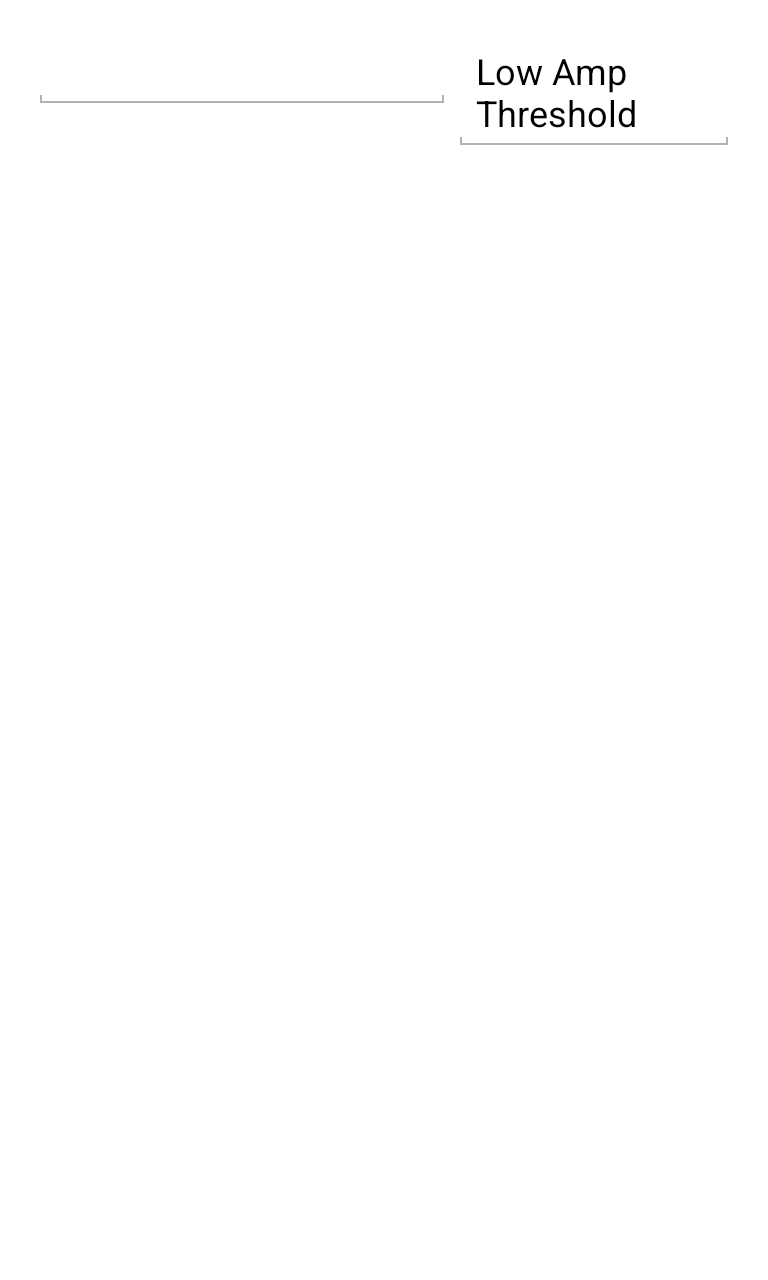
Repository: kmcgain/AutoVolume
Layout: AutoVolume/res/layout/activity_main.xml
These files come from the project's save history. The layout is drawn as it stood at one moment and after the next save; the edit follows.
It is drawn on a 768 x 1280 px phone screen (xhdpi) without system bars, with theme AppTheme; the app's code is not run.

Above is the layout before, as saved 2014-01-13 11:04:20.

After the next save:
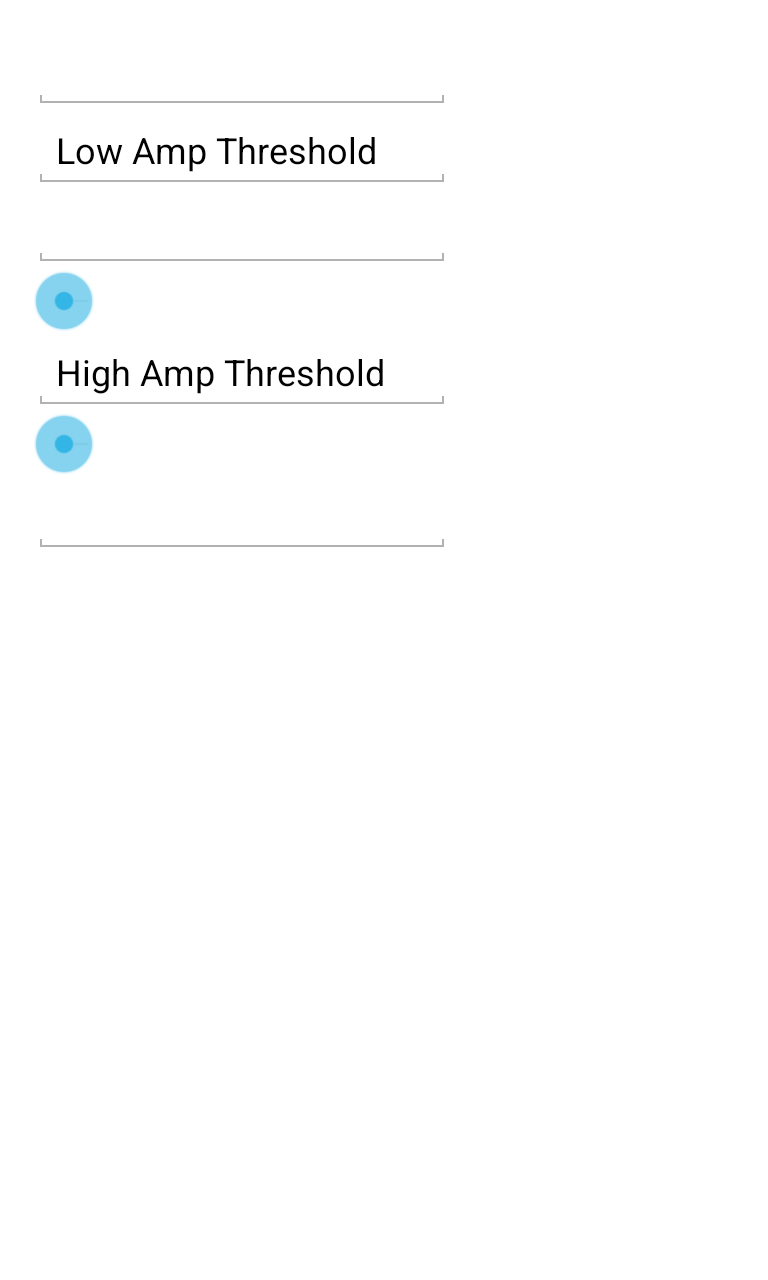
Saved 49 s later.
--- a/AutoVolume/res/layout/activity_main.xml
+++ b/AutoVolume/res/layout/activity_main.xml
@@ -6,7 +6,8 @@
     android:paddingLeft="@dimen/activity_horizontal_margin"
     android:paddingRight="@dimen/activity_horizontal_margin"
     android:paddingTop="@dimen/activity_vertical_margin"
-    tools:context=".MainActivity" >
+    tools:context=".MainActivity"
+    android:orientation="vertical">
 
     <LinearLayout android:orientation="horizontal">
 	    <Button
